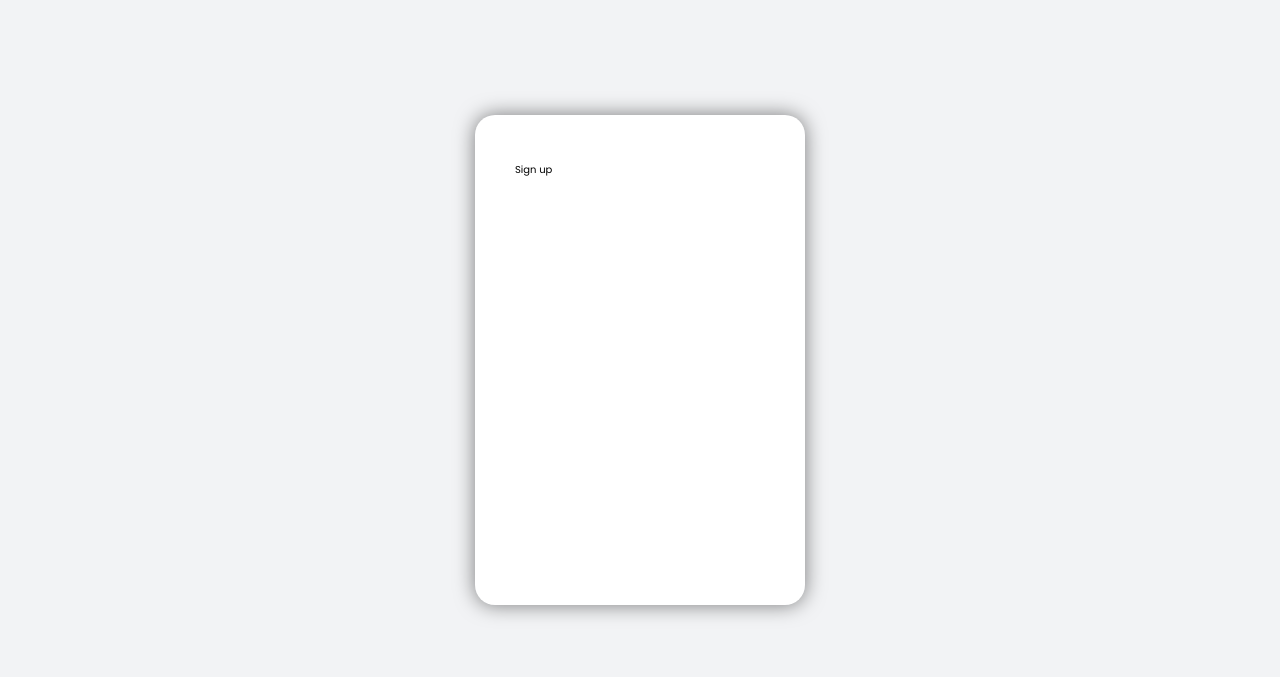
Repository: TranMinhMan040702/practice_html-css
Page: form-login/index.html
An editor plug-in stored every save of this project. The page is shown before and after the next save, followed by the edit.
The browser window is 1280 px wide. The pictures show the whole page.
Some web libraries are served in a nearby version.

Above is the page before, as saved 2022-08-24 12:42:22.

After the next save:
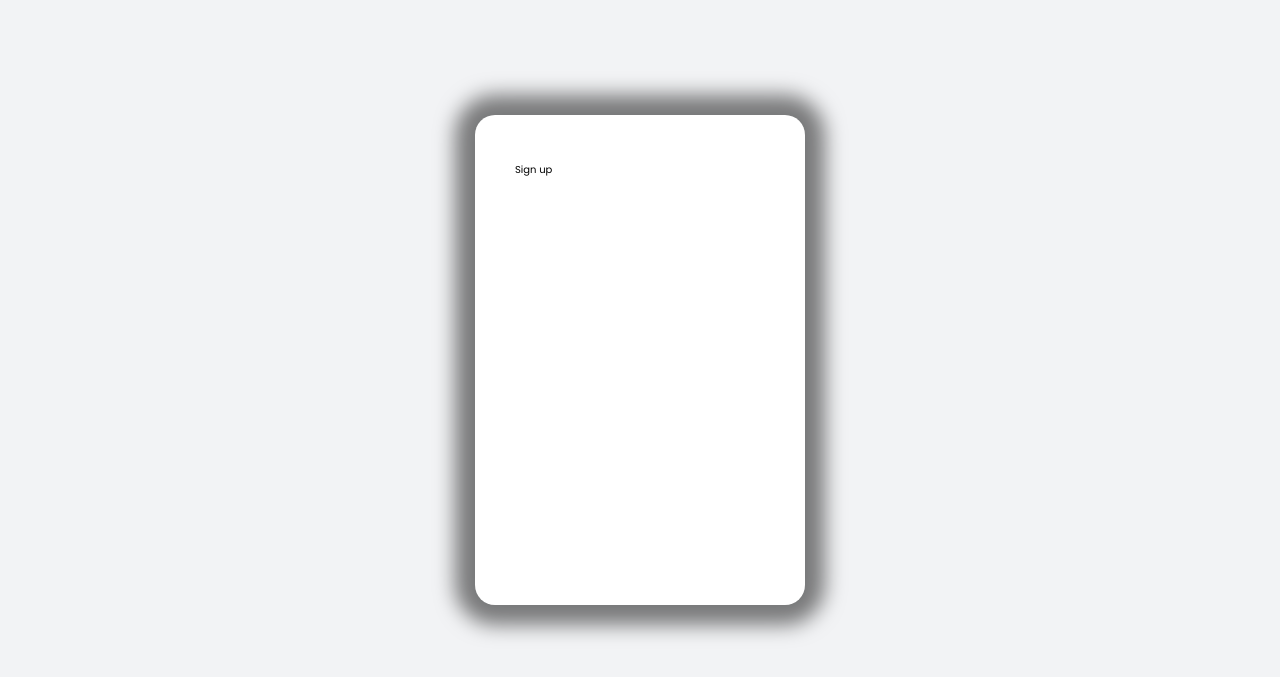
Saved 12 s later.
--- a/form-login/main.css
+++ b/form-login/main.css
@@ -23,7 +23,7 @@
     background-color: #fff;
     padding: 50px 40px;
     border-radius: 20px;
-    box-shadow: 0px 0px 20px rgba(0, 0, 0, 0.5);
+    box-shadow: 0px 0px 20px 20px rgba(0, 0, 0, 0.5);
 }
 
 .signup-heading {

After the save that followed:
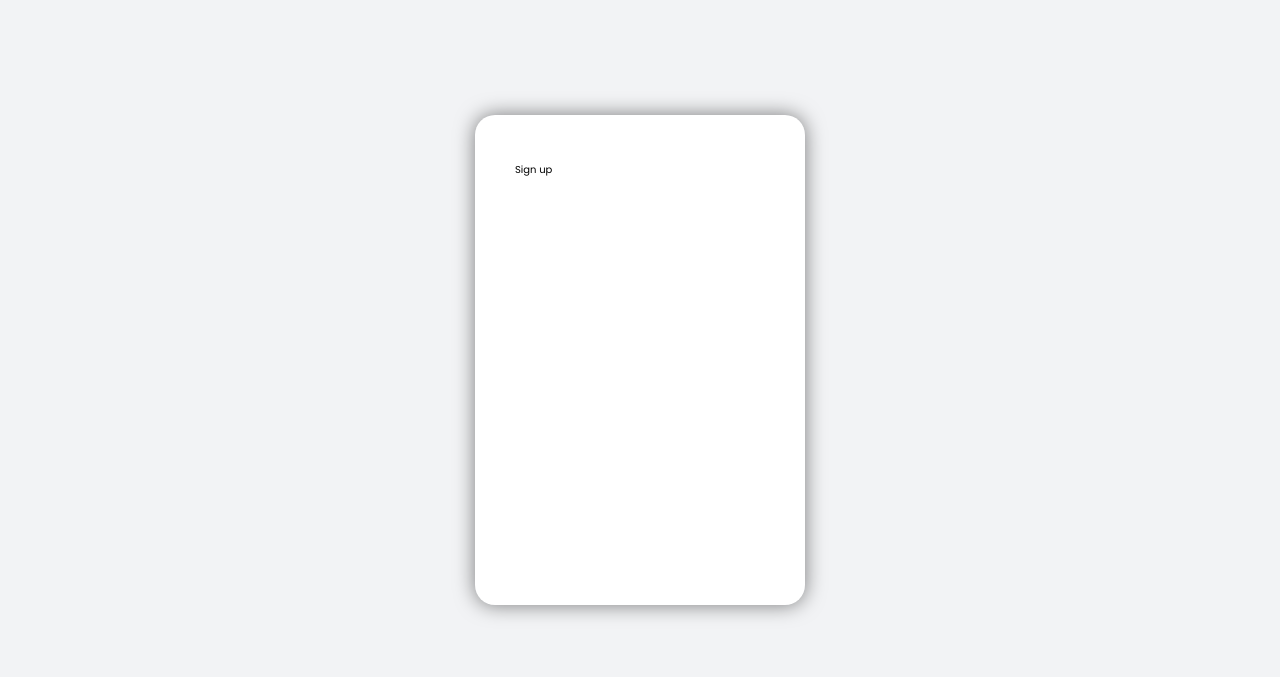
Saved 8 s later.
--- a/form-login/main.css
+++ b/form-login/main.css
@@ -23,7 +23,7 @@
     background-color: #fff;
     padding: 50px 40px;
     border-radius: 20px;
-    box-shadow: 0px 0px 20px 20px rgba(0, 0, 0, 0.5);
+    box-shadow: 0px 0px 20px rgba(0, 0, 0, 0.5);
 }
 
 .signup-heading {
